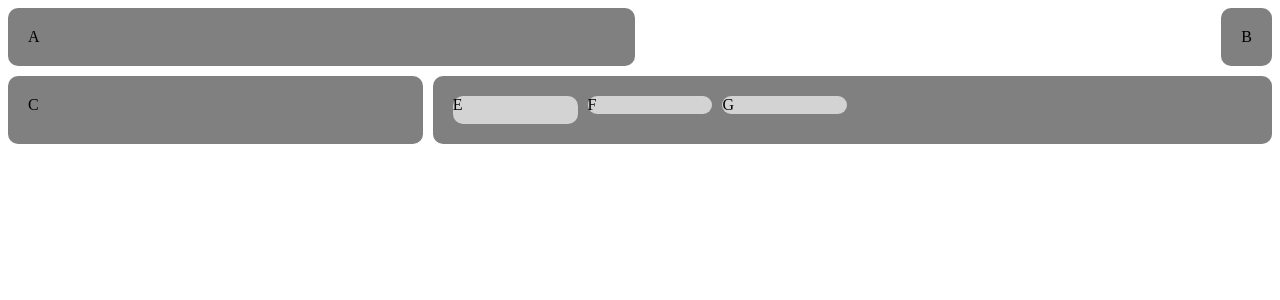
Repository: Yevhen94/nixhw
Page: fourth-lesson/index.html
An editor plug-in stored every save of this project. The page is shown before and after the next save, followed by the edit.
The browser window is 1280 px wide. The pictures show the whole page.

Above is the page before, as saved 2022-02-08 16:03:07.

After the next save:
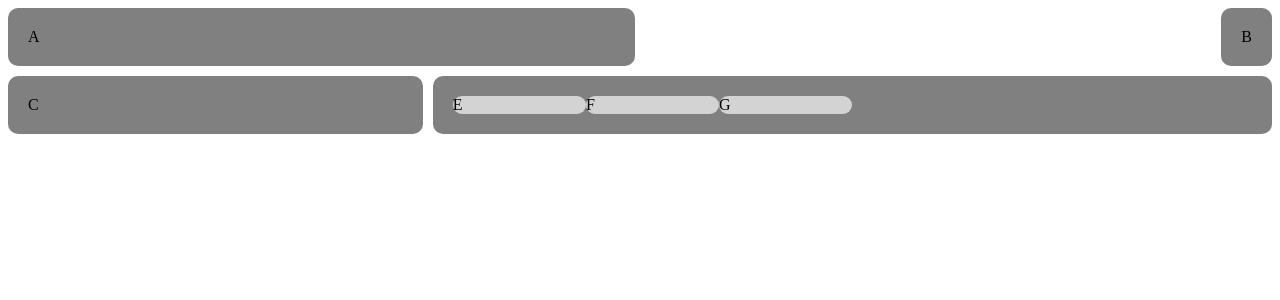
Saved 5 s later.
--- a/fourth-lesson/styles/index.css
+++ b/fourth-lesson/styles/index.css
@@ -99,7 +99,6 @@
   grid-template-rows: subgrid; */
   grid-template-columns: repeat(6, 1fr);
   display: grid;
-  gap: 10px;
 }
 
 .subitem {
